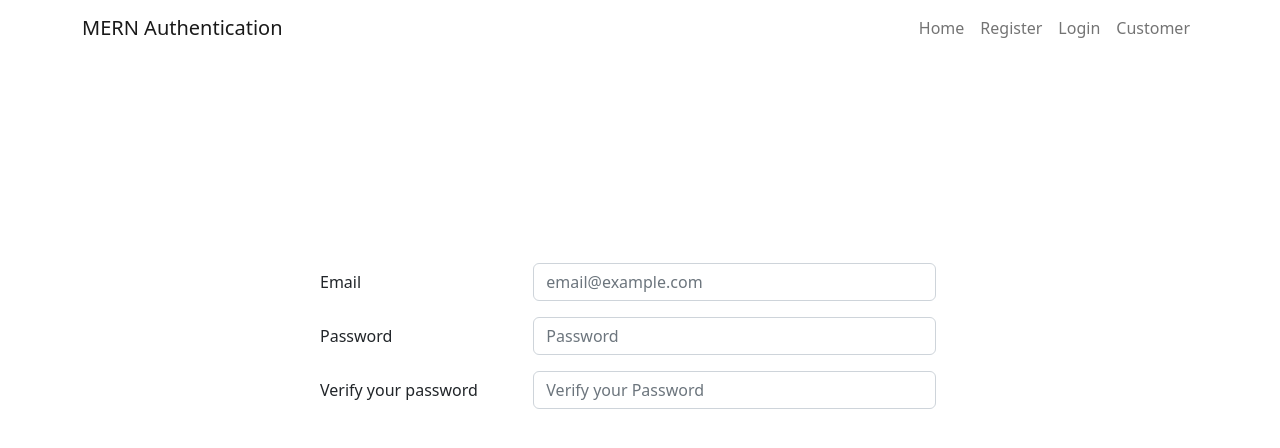
Repository: RubaHusam/MERN-Auth
Page: /register (app in frontend/)
These files come from the project's save history. The page is drawn as it stood at one moment and after the next save; the edit follows.
The browser window is 1280 px wide. The pictures show the whole page.
The project was rebuilt for these pictures with package versions that can differ from the ones it lists, and the page was loaded fresh each time.

Above is the page before, as saved 2023-01-27 19:04:07.

After the next save:
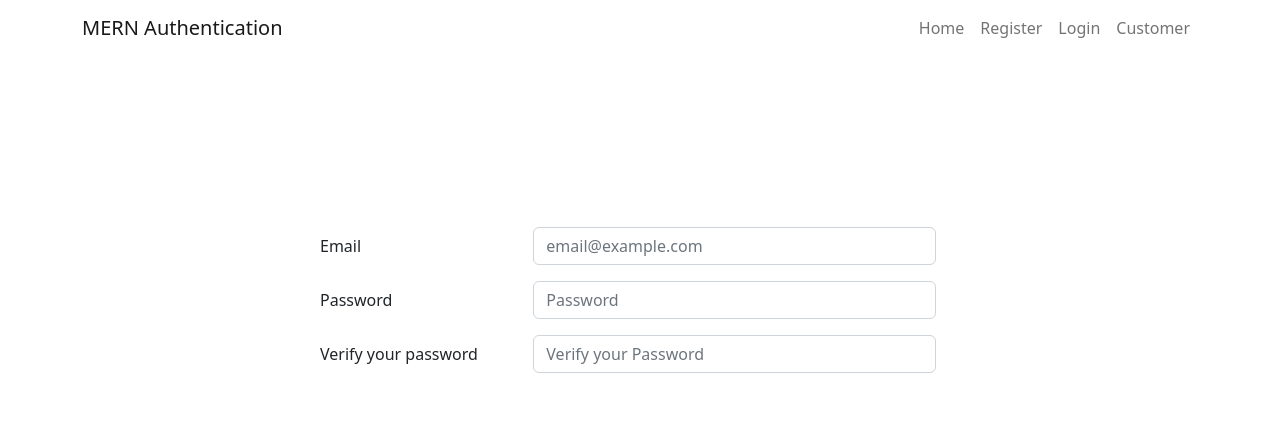
Saved 8 s later.
--- a/frontend/src/components/Auth/Register.js
+++ b/frontend/src/components/Auth/Register.js
@@ -9,7 +9,7 @@ export default function Register() {
         display: 'flex',
         justifyContent: 'center',
         alignItems: 'center',
-        height: '80vh',
+        height: '70vh',
       }}>
       <Form style={{ width: '50%' }}>
         {/* Email */}
